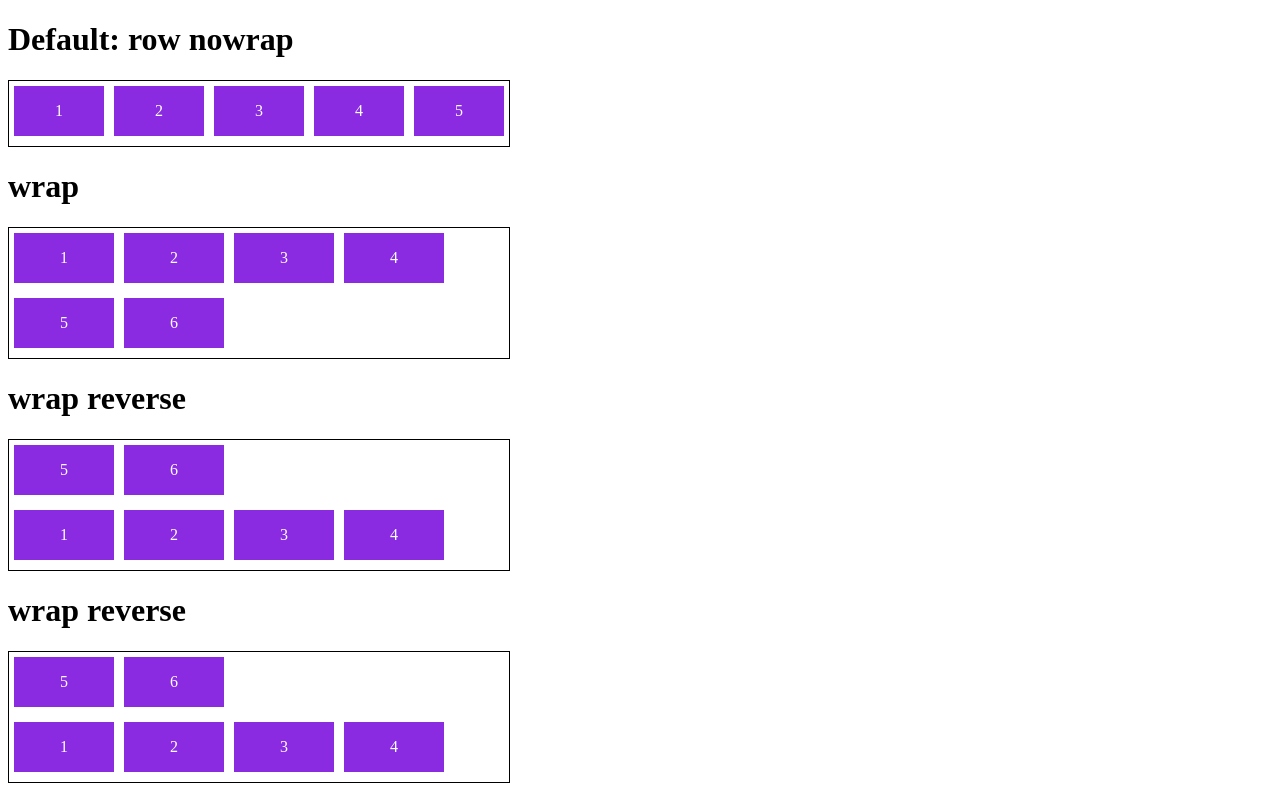
Repository: gabrielbino/projects-dio
Page: Flexbox/@flex-flow.html
The author's editor kept a copy of each file at every save. The page is drawn from the files as they stood at one save, then again after the next save.
The browser window is 1280 px wide. The pictures show the whole page.

Above is the page before, as saved 2021-10-22 17:10:52.

### Flexbox/@flex-flow.html
<!DOCTYPE html>
<html lang="en">
  <head>
    <meta charset="UTF-8" />
    <meta name="viewport" content="width=device-width, initial-scale=1.0" />
    <title>Fundamentos - Flex flow</title>

    <style>
      .flexContainer {
        display: flex;
        border: 1px solid black;
        max-width: 500px;
      }

      .default {
        flex-flow: row nowrap;
      }

      .wrap {
        flex-flow: row wrap;
      }

      .wrapReverse {
        flex-flow: row wrap-reverse;
      }

      .rNowWrap {
        flex-flow: row-reverse nowrap;
      }

      .flexItem {
        width: 100px;
        height: 50px;
        margin: 5px;
        margin-bottom: 10px;
        text-align: center;
        line-height: 50px;
        background-color: blueviolet;
        color: white;
      }
    </style>
  </head>
  <body>
    <h1>Default: row nowrap</h1>
    <div class="flexContainer default">
      <div class="flexItem">1</div>
      <div class="flexItem">2</div>
      <div class="flexItem">3</div>
      <div class="flexItem">4</div>
      <div class="flexItem">5</div>
    </div>

    <h1>wrap</h1>
    <div class="flexContainer wrap">
      <div class="flexItem">1</div>
      <div class="flexItem">2</div>
      <div class="flexItem">3</div>
      <div class="flexItem">4</div>
      <div class="flexItem">5</div>
      <div class="flexItem">6</div>
    </div>

    <h1>wrap reverse</h1>
    <div class="flexContainer wrapReverse">
      <div class="flexItem">1</div>
      <div class="flexItem">2</div>
      <div class="flexItem">3</div>
      <div class="flexItem">4</div>
      <div class="flexItem">5</div>
      <div class="flexItem">6</div>
    </div>

    <h1>wrap reverse</h1>
    <div class="flexContainer wrapReverse">
      <div class="flexItem">1</div>
      <div class="flexItem">2</div>
      <div class="flexItem">3</div>
      <div class="flexItem">4</div>
      <div class="flexItem">5</div>
      <div class="flexItem">6</div>
  </body>
</html>

After the next save:
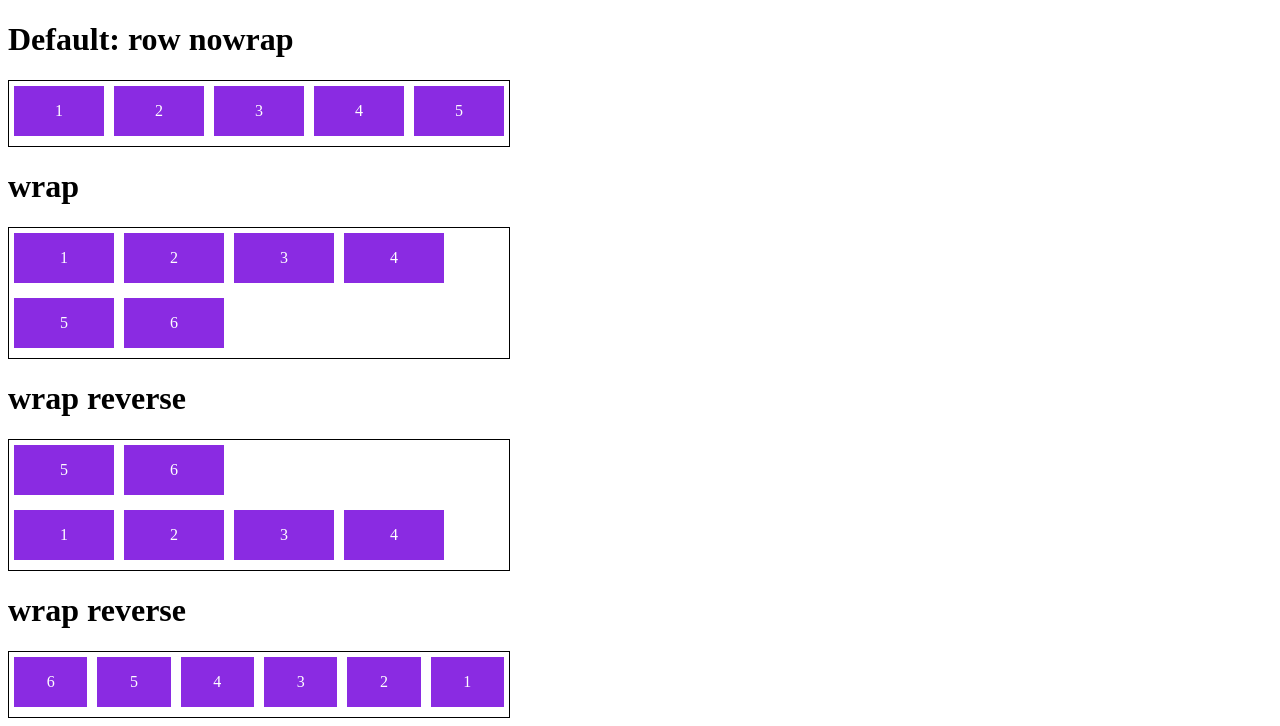
Saved 3 min 44 s later.
--- a/Flexbox/@flex-flow.html
+++ b/Flexbox/@flex-flow.html
@@ -71,7 +71,7 @@
     </div>
 
     <h1>wrap reverse</h1>
-    <div class="flexContainer wrapReverse">
+    <div class="flexContainer rNowWrap">
       <div class="flexItem">1</div>
       <div class="flexItem">2</div>
       <div class="flexItem">3</div>
